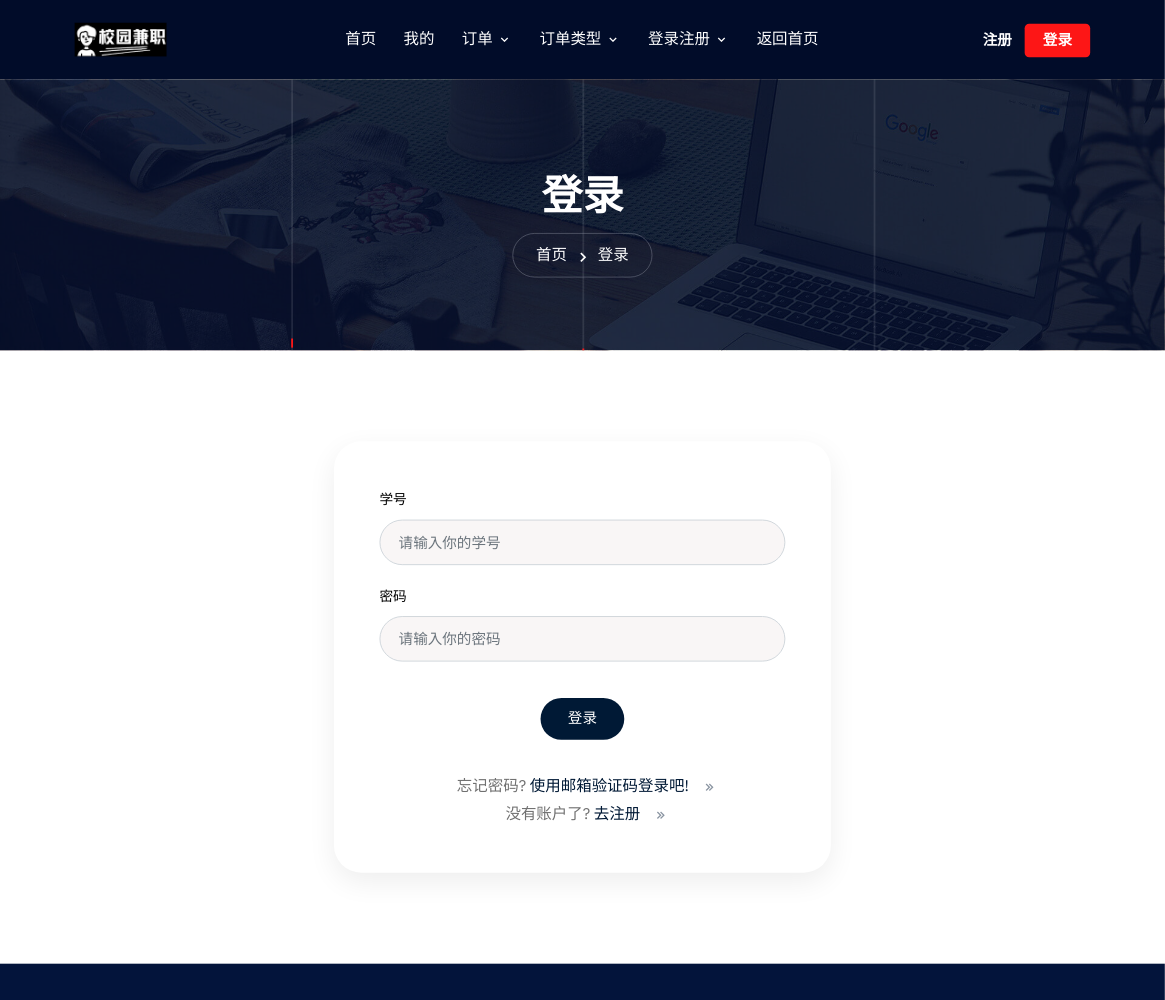
Repository: Aliceonly/Co-DecentralizedApplication
Page: html/sign-in.html
These files come from the project's save history. The page is drawn as it stood at one moment and after the next save; the edit follows.
The browser window is 1280 px wide. The pictures show the whole page, at 91% of full size.

Above is the page before, as saved 2022-05-04 16:55:44.

After the next save:
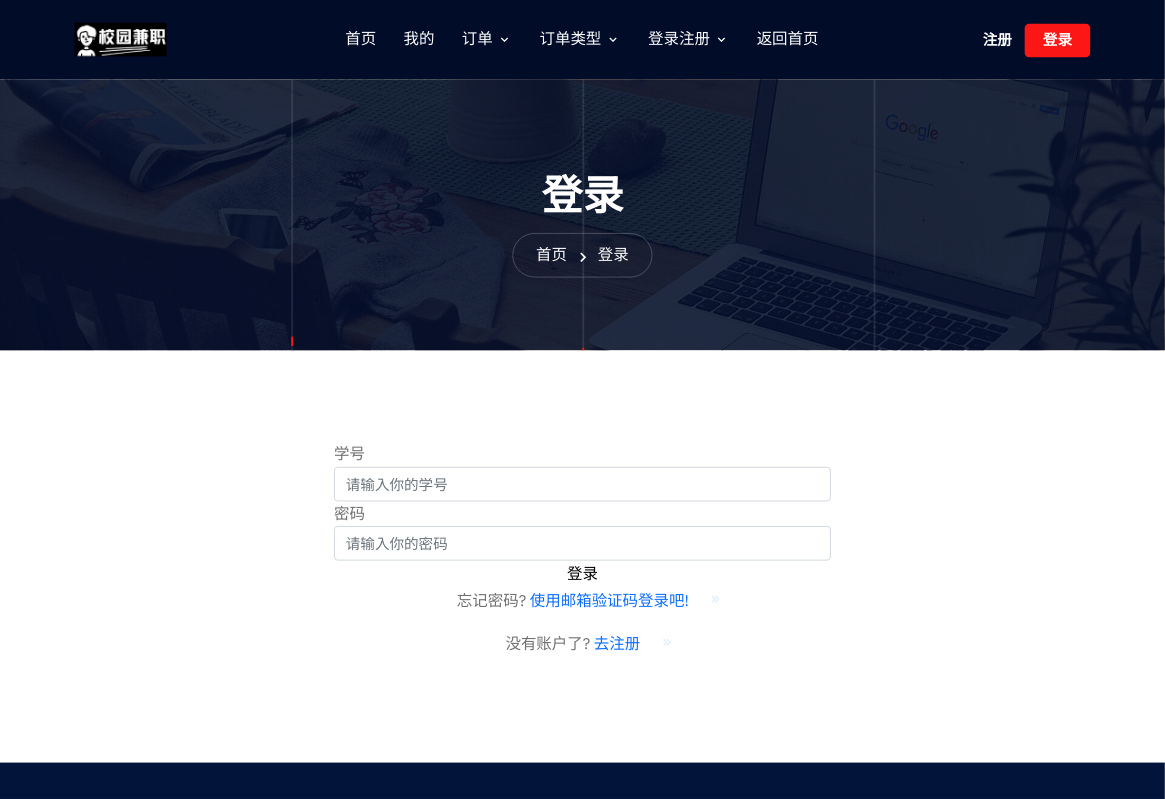
Saved 16 min 28 s later.
--- a/html/sign-in.html
+++ b/html/sign-in.html
@@ -169,7 +169,7 @@
         <div class="container">
             <div class="row">
                 <div class="col-lg-6 col-md-8 offset-md-2 offset-lg-3">
-                    <form class="signin-form">
+                    <!-- <form class="signin-form"> -->
                         <div class="form-group">
                             <label>学号</label>
                             <input type="number" class="form-control" placeholder="请输入你的学号" name="Sid" id="Sid" required="">
